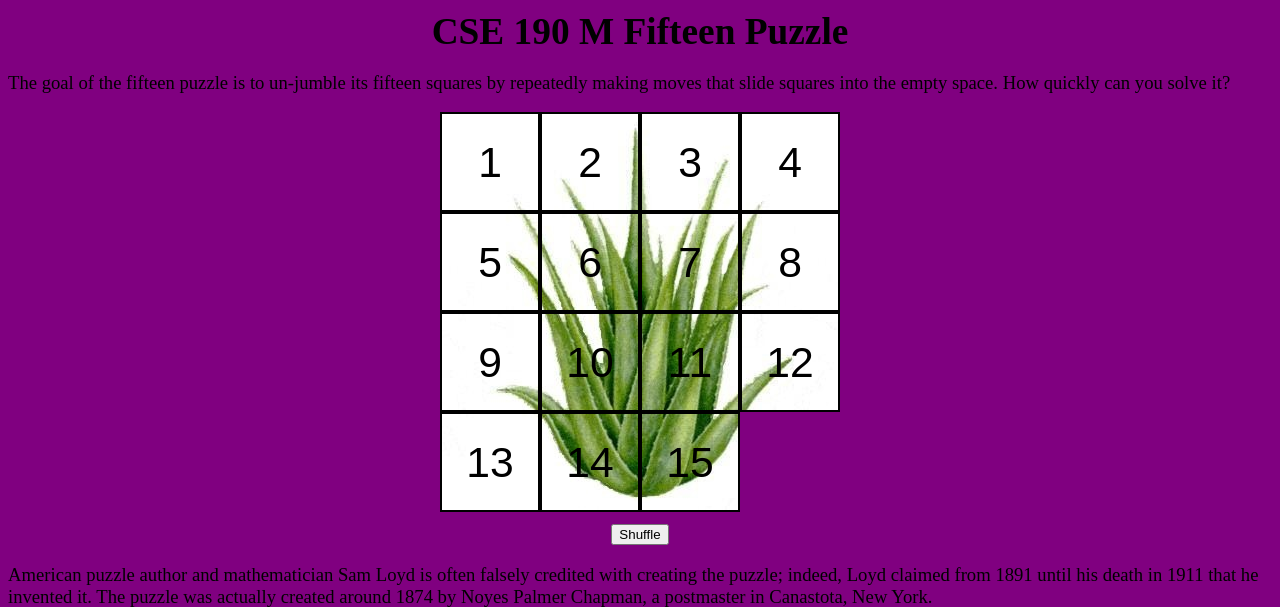
Repository: krhbowen/info2180project2
Page: index.html
The author's editor kept a record of every edit. The page is drawn from the files as they stood at one moment, then again after the next edit.
The browser window is 1280 px wide. The pictures show the part of the page from y = 0 to 607 px (the page is 979 px tall).
A picture or video elsewhere on the page could not be fetched, so the positions and the page height are approximate.

Above is the page before.

After the next edit:
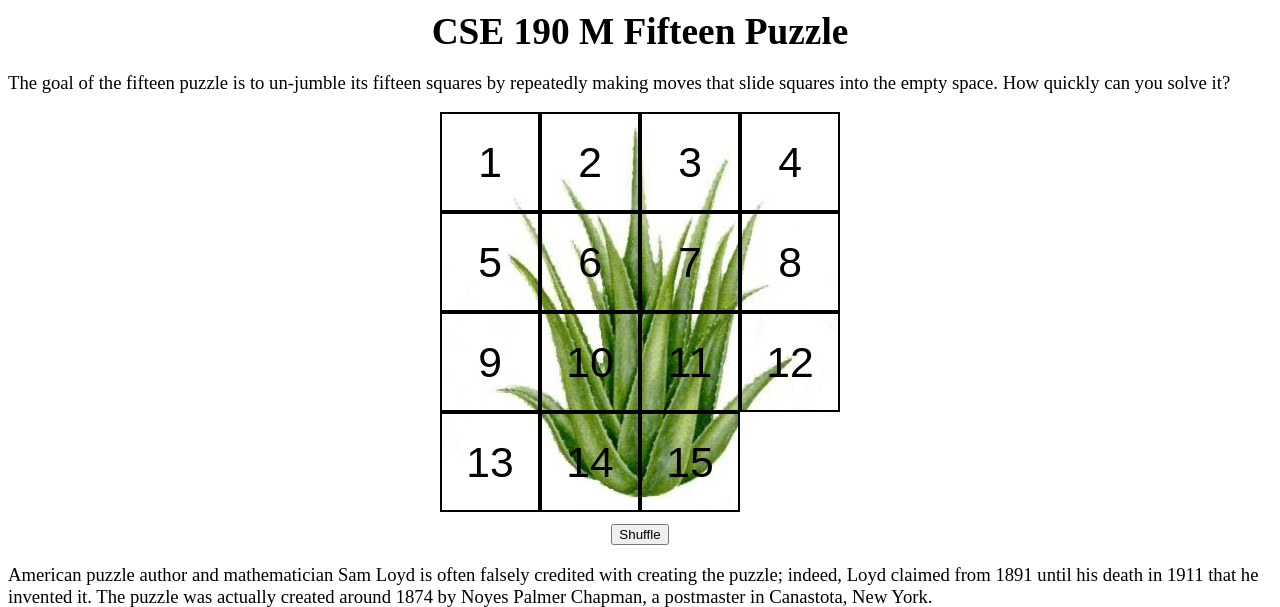
The edit:
--- a/fifteen.js
+++ b/fifteen.js
@@ -52,8 +52,6 @@
 
 	emptyX = '300px';
 	emptyY = '300px';
-    var bod = document.getElementsByTagName('body');
-	    bod[0].style.backgroundColor = "purple";
 	var shufflebutton = document.getElementById('shufflebutton');
 	shufflebutton.onclick = function()
 	{
